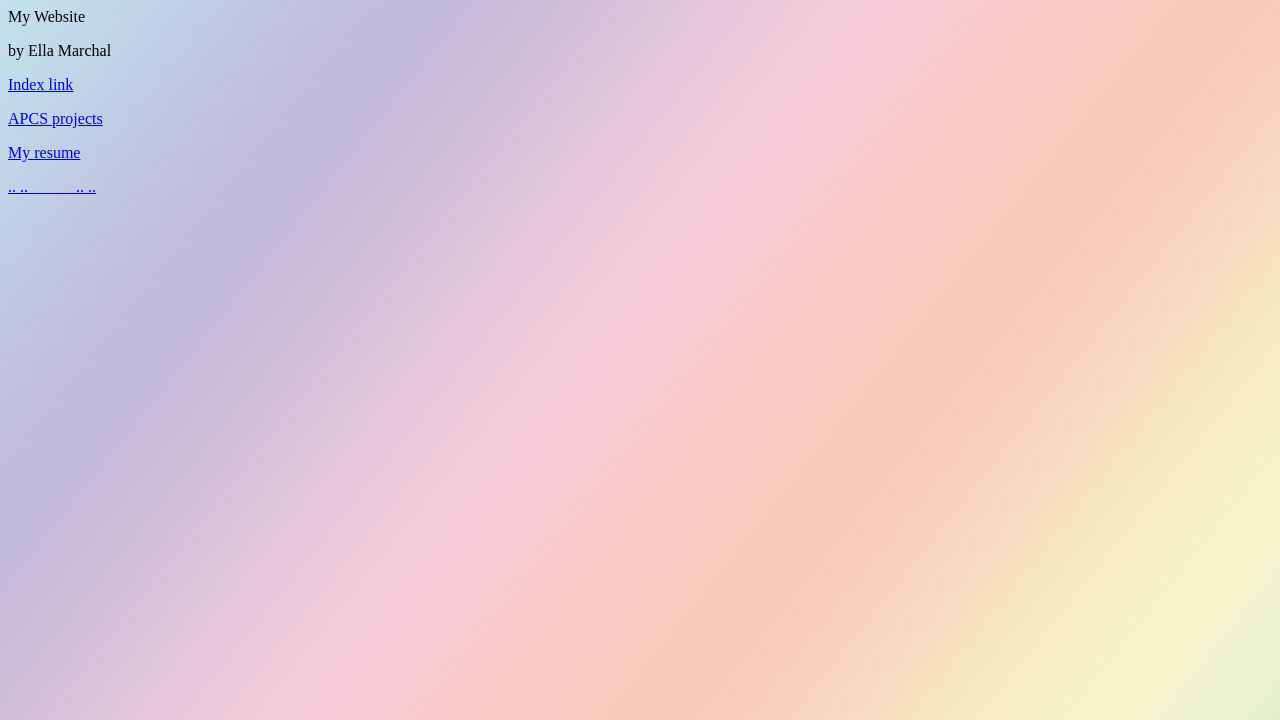
Repository: ella-m/ella-m.github.io
Page: eap.html
The author's editor kept a record of every edit. The page is drawn from the files as they stood at one moment, then again after the next edit.
The browser window is 1280 px wide. The pictures show the whole page.

Above is the page before.

After the next edit:
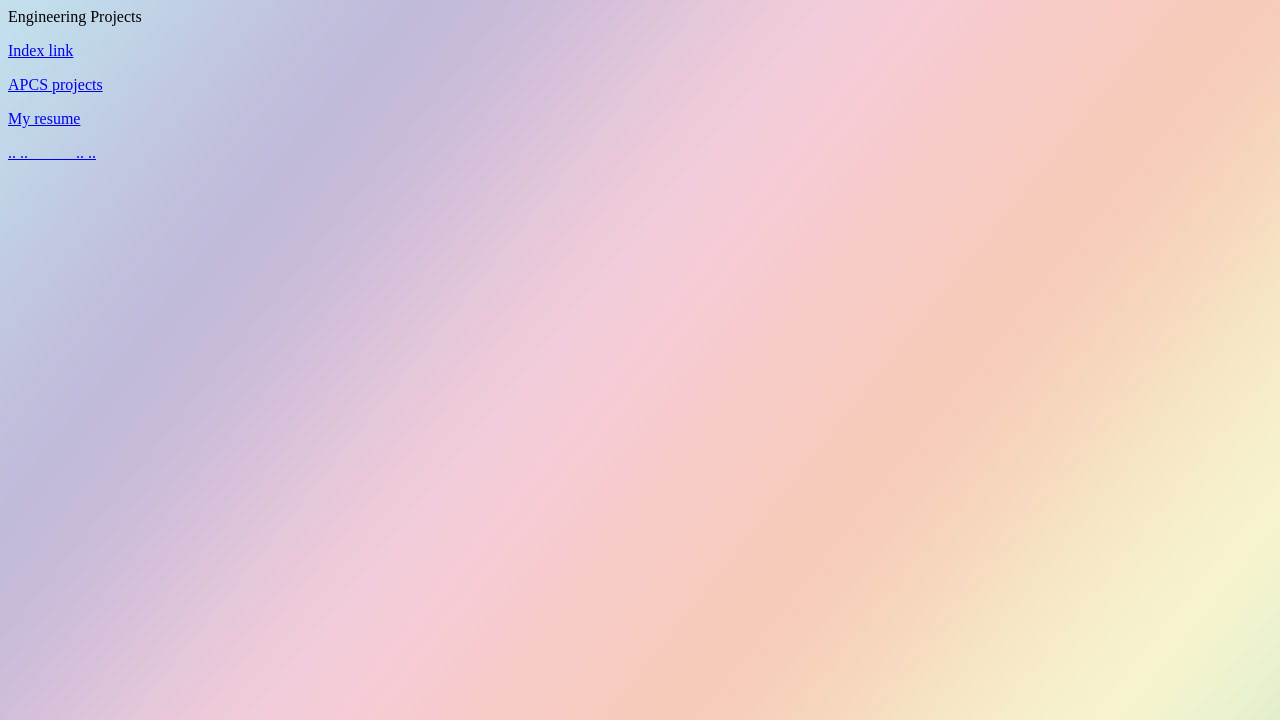
The edit:
--- a/eap.html
+++ b/eap.html
@@ -11,8 +11,7 @@
 </head>
 <body>
 
-</h5>My Website</h5>
-<p>by Ella Marchal</p>
+</h5>Engineering Projects</h5>
 
 
 <p><a href="index.html">Index link</p>
